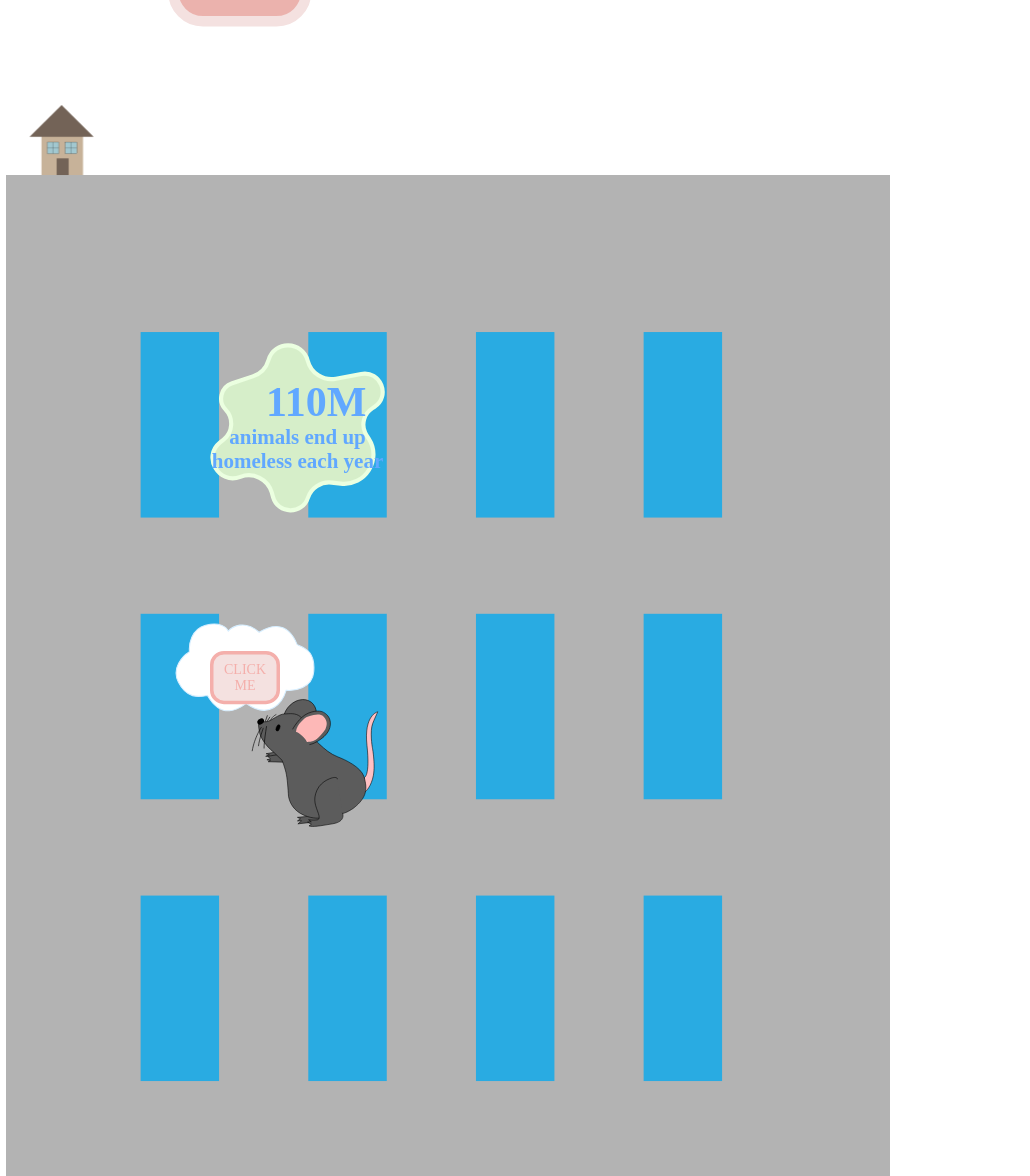
Repository: SoleilDagneau/MDIA2109Midterm
Page: index.html
The author's editor kept a copy of each file at every save. The page is drawn from the files as they stood at one save, then again after the next save.
The browser window is 1280 px wide. The page is 1472 px wide, so the pictures cover 1472 px, including what lies to the right of the window. The pictures show the part of the page from y = 910 to 2590 px (the page is 5706 px tall before and 3590 px after), at 70% of full size.
Some web fonts or font styles are not loaded; a fallback is used.

Above is the page before, as saved 2022-03-03 19:49:18.
Console error: TypeError: Cannot set properties of null (setting 'innerText')

After the next save:
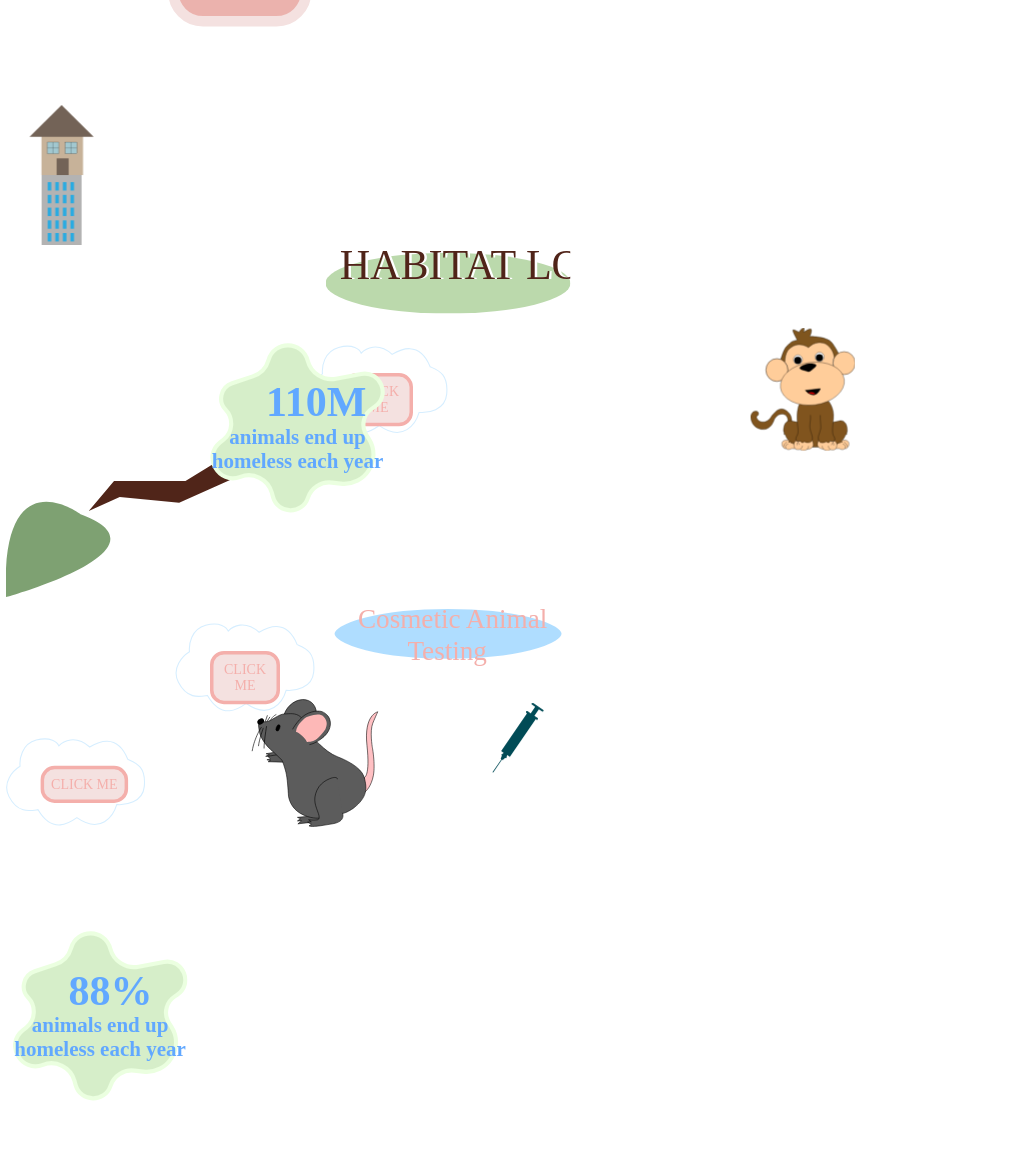
Saved 29 s later.
--- a/styles.css
+++ b/styles.css
@@ -39,6 +39,15 @@
     display:flex;
     position:relative;
     left:30px;
+
+}
+.tower{
+    width:100px;
+    height:100px;
+    display:flex;
+    position:relative;
+    left:30px;
+
 }
 
 /*------------------END OF SECTION 1----------------------------*/
